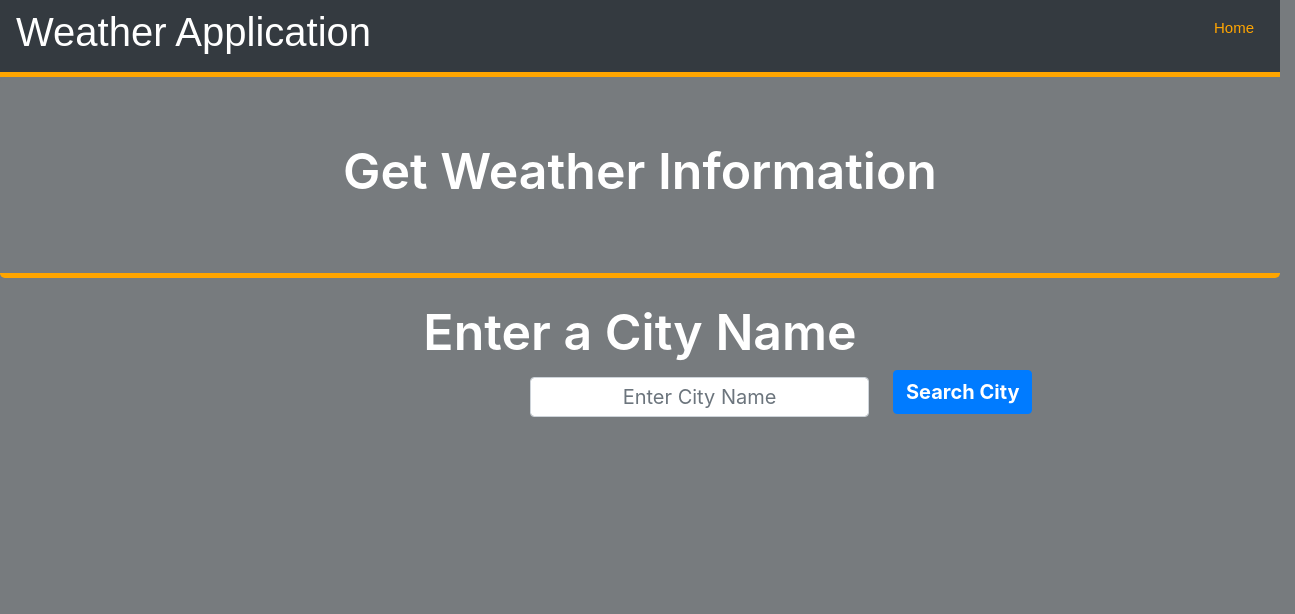
Repository: ElijahHallera/336-Internet-Prog
Page: cst336_s2020_Project3-master/cst336_s2020_Project3-master/index.html
The author's editor kept a record of every edit. The page is drawn from the files as they stood at one moment, then again after the next edit.
The browser window is 1280 px wide. The page is 1295 px wide, so the pictures cover 1295 px, including what lies to the right of the window. The pictures show the whole page.

Above is the page before.

### cst336_s2020_Project3-master/cst336_s2020_Project3-master/index.html
<!DOCTYPE html>
<html>
    <head>
        <meta charset = "utf-8">
        <title>Midterm 1</title>
        <link href="https://stackpath.bootstrapcdn.com/bootstrap/4.4.1/css/bootstrap.min.css"
        rel="stylesheet"
        integrity="sha384-Vkoo8x4CGsO3+Hhxv8T/Q5PaXtkKtu6ug5TOeNV6gBiFeWPGFN9MuhOf23Q9Ifjh"
        crossorigin="anonymous">
        <link href="https://fonts.googleapis.com/css?family=Raleway&display=swap" rel="stylesheet">
        <script src="https://ajax.aspnetcdn.com/ajax/jQuery/jquery-3.4.1.min.js"></script>
        <script src = "https://cdnjs.cloudflare.com/ajax/libs/underscore.js/1.9.1/underscore-min.js"></script>
        <link href = "app.css" rel = "stylesheet" type = "text/css">
    </head>

    <header>
        <nav class="navbar navbar-dark bg-dark">
            <h1> Weather Application </h1>
            <ul>
                <li> <a href = "index.html" id = "currentPage" class = "homeA"> Home </a> </li>
            </ul>
        </nav>
    </header>

    <body>
        <div class = "jumbotron">
            <h2 class = "text-center"> Get Weather Information</h2>
        </div>

        </br>

        <div>
            <div>
                <h3 class = "text-center">Enter a City Name</h3>
                <span id = "error"></span>
            </div>

            <div class = "row form-group form-inline">
               &emsp;&emsp;&emsp;&emsp;&emsp;&emsp;&emsp;&emsp;&emsp;&emsp;&emsp;&emsp;
               &emsp;&emsp;&emsp;&emsp;&emsp;&emsp;&emsp;&emsp;&emsp;&emsp;&emsp;&emsp;
               &emsp;&emsp;&emsp;&emsp;&emsp;&emsp;&emsp;&emsp;&emsp;&ensp;
               <input type="text" name = "city" id = "city" class = "form-control" placeholder = "Enter City Name">
               &emsp;&ensp;<button id = "submitWeather" class="btn btn-primary"> Search City </button>
            </div>

            </br>

            <div id = "show"></div>

        </div>

        <script src = "javascript.js"></script>
    </body>
</html>

### cst336_s2020_Project3-master/cst336_s2020_Project3-master/app.css
body{
    background-color: #777B7E;
}

h2{
 text-align: center;
}

h3{
 text-align: center;
}

input[type="text"]{
    height: 40px;
    font-size: 20px;
}

input{
    text-align: center;
}

button{
    text-align: center;
}

nav li:hover{
    font-size: 1.10em;
    transition: .9s;
}

li {
    list-style: none;
    display: inline-block;
    padding-left: 10px;
    padding-right: 10px;
}

a {
    font-size: 1em;
    color: orange;
    border-radius: 15px;
    justify-content: space-between;
}

header {
    color: white;
    font-family: "Montserrat", sans-serif;
    font-size: 15px;
    justify-content: space-between;
    align-items: center;
    text-align: center;
    border-bottom: 5px solid orange;
}

img {
  border-radius: 4px;
  padding: 5px;
  width: 150px;
  margin-bottom: 10px;
}

footer {
    padding: 10px;
    background-color: #777B7E;
    clear: left;
    text-align: center;
    font-family: 'Source Sans Pro', sans-serif;
    color: black;
    border-top: 5px solid orange;
}

#show{
    margin: auto;
    text-align: center;
}

#rowDiv{
    margin: auto;
    text-align: center;
    width: 100%;
}

#submitWeather{
    font-size: 20px;
    font-weight: bold;
    margin-bottom: 10px;
}

#center{
    text-align: center;
}

.jumbotron{
    margin-bottom: 0px;
    color: white;
    background-color: #777B7E;
    border-bottom: 5px solid orange;
}
.text-center{
    color: white;
    font-size: 50px;
    font-weight:  600;
}

.row{
    margin-bottom:20px;
}

.container{
    text-align: center;
    height: 650px;
}

### cst336_s2020_Project3-master/cst336_s2020_Project3-master/javascript.js
$(document).ready(function(){

    $('#submitWeather').click(function(){
        var city = $("#city").val();
        var yeet = "images/warm.jpg";
        if(city != ''){
            $.ajax({

               url: "https://api.openweathermap.org/data/2.5/weather?q=" + city + "&units=imperial&APPID=0aa5e5f254be985411b1bdfc170de6e0",
               type: "GET",
               data: "json",
               success: function(data){
                    if(data.main.temp >= 100){
                        alert("ITS VERY HOT");
                        var img = "<div class='img-thumbnail flex-item'><img src= images/veryhot.jpeg></div>";
                        $(".flex-container").append(img);
                    }
                    if(data.main.temp >= 70 && data.main.temp < 100){
                        alert("ITS HOT");
                        var img = "<div class='img-thumbnail flex-item'><img src = images/warm.jpg></div>";
                        $(".flex-container").append(img);
                    }

                    if(data.main.temp >= 40 && data.main.temp < 70){
                        alert("ITS PLEASANT OUT");
                    }

                    if(data.main.temp >= 32 && data.main.temp < 40){
                        alert("ITS COLD");
                    }

                    if(data.main.temp < 32){
                        alert("ITS VERY COLD");
                    }

                    var widget = show(data);
                    $("#show").html(widget);
                    $("#city").val('');
               }
            });
        } else {
            $("error").html('Cannot be empty!');
        }
    });
});

function show(data){
    return "<h2>Current weather for " + data.name + ", " + data.sys.country + "</h2>" +
           "<h2>Weather: " + data.weather[0].main + "</h2>" +
           "<h3>Description: "+ data.weather[0].description +"</h3>" +
           "<h3>Temperature: "  + data.main.temp + "&#8457 </h2>" +
           "<h3>Humidity: "  + data.main.humidity + " %</h2>" +
           "<h3>Wind Speed: "  + data.wind.speed + " MPH </h2>";
}

After the next edit:
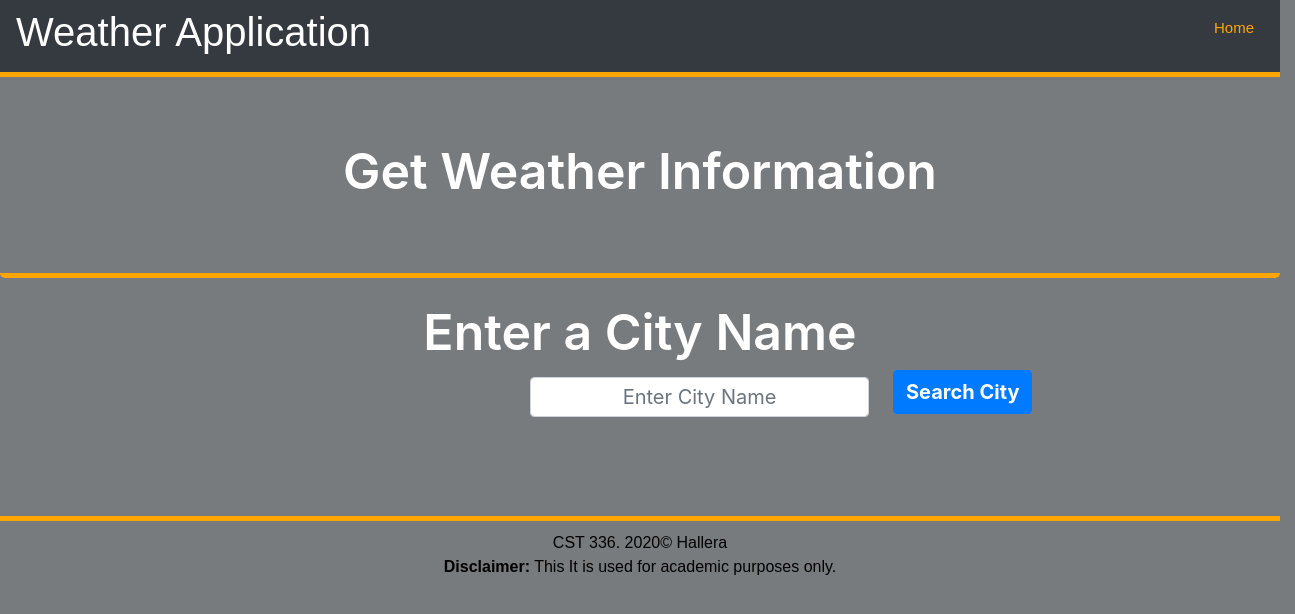
The edit:
--- a/cst336_s2020_Project3-master/cst336_s2020_Project3-master/index.html
+++ b/cst336_s2020_Project3-master/cst336_s2020_Project3-master/index.html
@@ -49,6 +49,19 @@
 
         </div>
 
+        </br>
+        </br>
+
+        <footer>
+        <font size = "3.5">
+        CST 336. 2020&copy; Hallera <br />
+        <strong>Disclaimer:</strong> This
+        It is used for academic purposes only. <br />
+        </font>
+        <br />
+
+    </footer>
+
         <script src = "javascript.js"></script>
     </body>
 </html>
